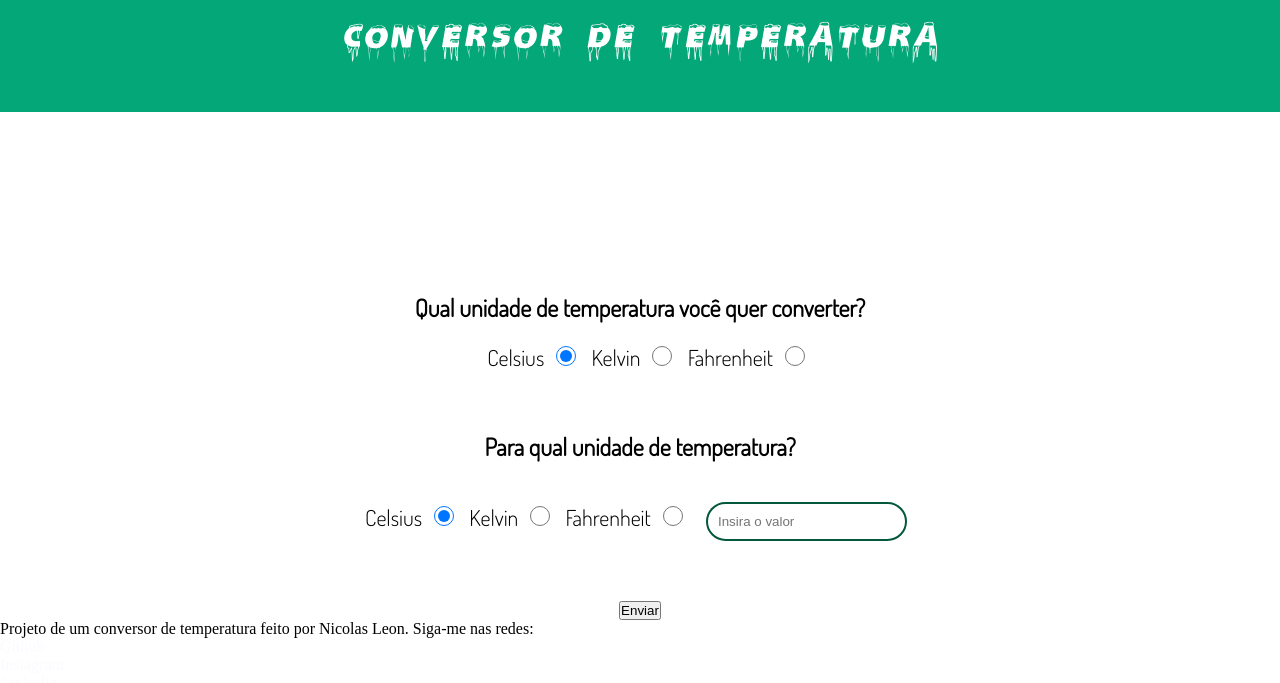
Repository: Leonngc/Conversor-de-temperatura
Page: index.html
These files come from the project's save history. The page is drawn as it stood at one moment and after the next save; the edit follows.
The browser window is 1280 px wide. The pictures show the whole page.
Some icons come from a web library that is not loaded, so they are not drawn.

Above is the page before, as saved 2023-02-10 23:32:44.

### index.html
<!DOCTYPE html>
<html lang="pt-br">
<head>
    <meta charset="UTF-8">
    <meta http-equiv="X-UA-Compatible" content="IE=edge">
    <meta name="viewport" content="width=device-width, initial-scale=1.0">
    <link rel='stylesheet' href='https://cdn-uicons.flaticon.com/uicons-bold-straight/css/uicons-bold-straight.css'>
    <link rel="stylesheet" href="style.css">
    <title>Conversor de temperatura</title>
</head>
<body>
    <header>
        <h1>Conversor de Temperatura</h1>
        <button id="menu-button"><i class="fi fi-bs-menu-burger"></i></button>

        <menu>
            <ul id="links-menu">
                <li><a href="">Sobre a página</a></li>
                <li><a href="">História</a></li>
                <li><a href="">Outros Projetos</a></li>
            </ul>
        </menu>
    </header>

    <main>
       <form>
        <h2>Qual unidade de temperatura você quer converter?</h2>
        <label for="celsius">Celsius</label><input type="radio" name="unidade" id="celsius" class="unidades" checked>
        <label for="kelvin">Kelvin</label><input type="radio" name="unidade" class="unidades" id="kelvin">
        <label for="fahrenheit">Fahrenheit</label><input type="radio" name="unidade" class="unidades" id="fahrenheit">
        <br>
       </form>
       <form>
        <h2>Para qual unidade de temperatura?</h2>
        <label for="cel-res">Celsius</label><input type="radio" name="res-unidade" id="cel-res" class="res-unidades"  checked>
        <label for="kel-res">Kelvin</label><input type="radio" name="res-unidade" id="kel-res" class="res-unidades">
        <label for="fah-res">Fahrenheit</label><input type="radio" name="res-unidade" id="fah-res" class="res-unidades">
        <input type="number" name="graus" id="graus" placeholder="Insira o valor">
       </form>
       <button id="submit">Enviar</button>
    </main>

    <footer>
        <p>Projeto de um conversor de temperatura feito por Nicolas Leon. Siga-me nas redes: </p>
        <ul>
            <li><a href="">Github</a></li>
            <li><a href="">Instagram</a></li>
            <li><a href="">Linkedin</a></li>
        </ul>
    </footer>
</body>
</html>

### style.css
@charset "UTF-8";
@import url('https://fonts.googleapis.com/css2?family= Dosis:wght@300 & display = swap');
@font-face {
    font-family: Title;
    src: url(fonts/IceCaps.ttf);
}

:root{
    --yellow: #F7FF58;
    --snow: #FBFBFF;
    --blackout: #040F16;
    --dosis: 'Dosis', sans-serif;
}

*{
    margin: 0;
    padding: 0;
    box-sizing: border-box;
}

header{
    background-color: #04A777;
    margin-bottom: 160px;
    max-width: 100vw;
    color: white;
}

header > h1{
    font-family: Title, sans-serif;
    font-weight: lighter;
    text-align: center;
    font-size: 45px;
    padding: 22px;
}

menu{
    background-color: #05C78D;
    padding: 20px;
    max-width: 100vw;
    display: none;
}

menu > ul{
    margin-left: 20px;
    font-size: 20px;
    font-family: var(--dosis);
    font-weight: bold;
    color: white;
}

menu > ul > li{
    padding: 5px;
}

li > a{
    text-decoration: none;
    color: #FBFBFF;
}

li > a:hover{
    color: #03583e;
    text-decoration: underline;
}

#menu-button{
    background-color: #03583e00;
    border: none;
    color: white;
    font-size: 40px;
    margin-left: 15px;
    margin-bottom: 12px;
}

main{
    text-align: center;
}

form{
    margin: 40px;
    font-family: var(--dosis);

}

form > h2{
    padding: 20px;
}

.unidades, .res-unidades{
    height: 20px;
    width: 20px;
}

label{
    font-size: 22px;
    padding: 12px;
}

#graus{
    margin: 20px;
    padding: 10px;
    border-radius: 20px;
    border: 2px solid #03583e;
    color: #03583e;
    font-size: ;

}

After the next save:
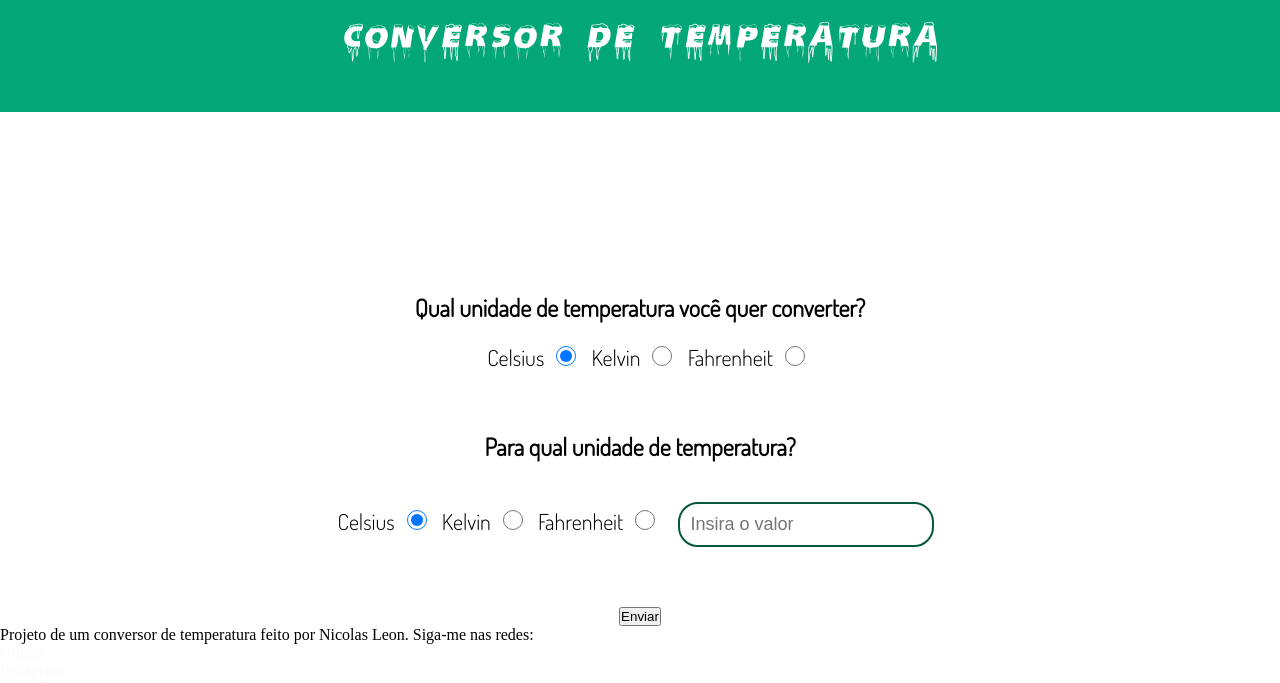
Saved 4 s later.
--- a/style.css
+++ b/style.css
@@ -101,6 +101,6 @@ label{
     border-radius: 20px;
     border: 2px solid #03583e;
     color: #03583e;
-    font-size: ;
+    font-size: 18px;
 
 }
